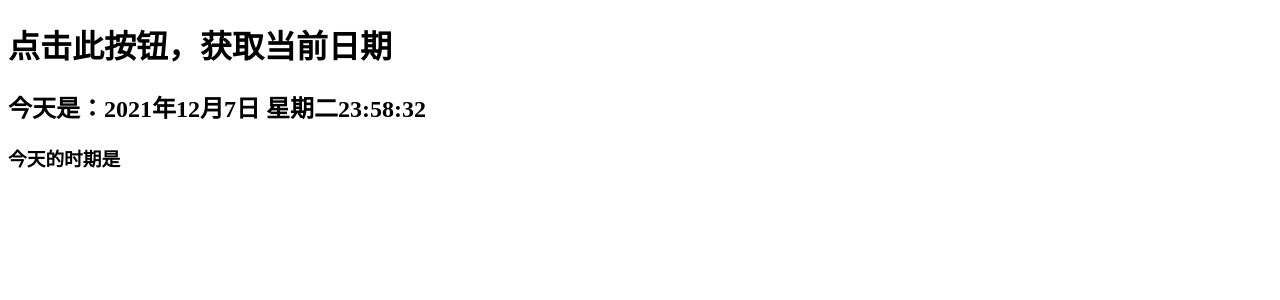
Repository: zhongmoumou/Codes
Page: 测试.html
An editor plug-in stored every save of this project. The page is shown before and after the next save, followed by the edit.
The browser window is 1280 px wide. The pictures show the whole page.
After loading, the first visible `#btn1` was clicked once.

Above is the page before, as saved 2021-12-08 00:03:13.

### 测试.html
<!DOCTYPE html>
<html lang="en">
<head>
  <meta charset="UTF-8">
  <meta http-equiv="X-UA-Compatible" content="IE=edge">
  <meta name="viewport" content="width=device-width, initial-scale=1.0">
  <title>Document</title>
  <script src="测试.js"></script>
</head>
<body>
  <h1 id="btn1">点击此按钮，获取当前日期</h1>
  <h2 id="btn2">今天的日期是</h2>
  <h3 id="btn3">今天的时期是</h3>

  <script>
    // 获取事件源：
    let btn1 = document.getElementById('btn1');

    //确定事件类型、完成事件处理程序：
    btn1.onclick = function() {
      btn2.innerText = getDate();
    }

    // 该函数的作用是返回当前日期（年/月/日/星期）
    function getDate() {
      let date = new Date();

      let year = date.getFullYear();
      let month = date.getMonth() + 1;
      let dates = date.getDate();

      let week = ['星期日', '星期一', '星期二', '星期三', '星期四', '星期五', '星期六'];
      let day = date.getDay();

      return '今天是：' + year + '年' + month + '月' + dates + '日 ' + week[day] + getTime()
    }

    function getTime() {
      let time = new Date();

      let hour = time.getHours();
      if (hour < 10) {
        hour = '0' + hour;  // 当时小于10的时候，前面加个0
      };
      // 可以用三元表达式：hour = hour < 10 ? '0' + hour : hour;

      let minutes = time.getMinutes();
      if (minutes < 10) {
        minutes = '0' + minutes;  // 当分小于10的时候，前面加个0
      };
      // 可以用三元表达式：minutes = minutes < 10 ? '0' + minutes : minutes;

      let seconds = time.getSeconds();
      if (seconds < 10) {
        seconds = '0' + seconds;  // 当秒小于10的时候，前面加个0
      };
      // 可以用三元表达式：seconds = seconds < 10 ? '0' + seconds : seconds;

      return hour + ':' + minutes + ':' + seconds
    }

  </script>
</body>
</html>

### 测试.js
let now = new Date();  // 语法结构

console.log(now);  // 输出：当前的日期和时间

After the next save:
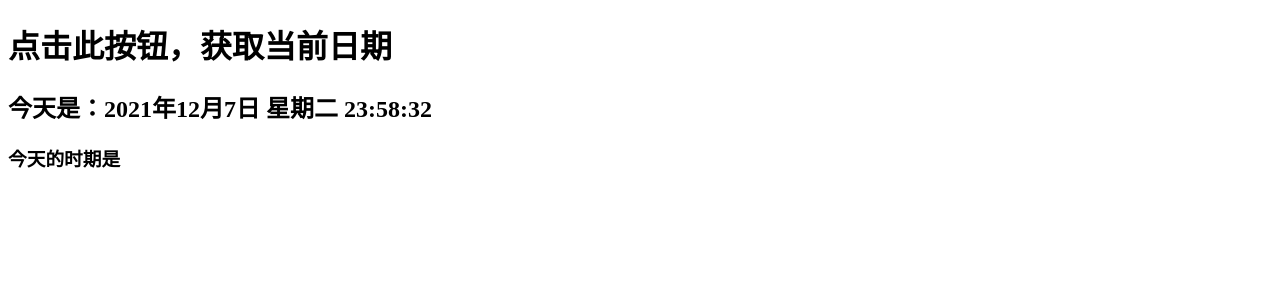
Saved 17 s later.
--- a/测试.html
+++ b/测试.html
@@ -32,7 +32,7 @@
       let week = ['星期日', '星期一', '星期二', '星期三', '星期四', '星期五', '星期六'];
       let day = date.getDay();
 
-      return '今天是：' + year + '年' + month + '月' + dates + '日 ' + week[day] + getTime()
+      return '今天是：' + year + '年' + month + '月' + dates + '日 ' + week[day] + ' ' + getTime()
     }
 
     function getTime() {
